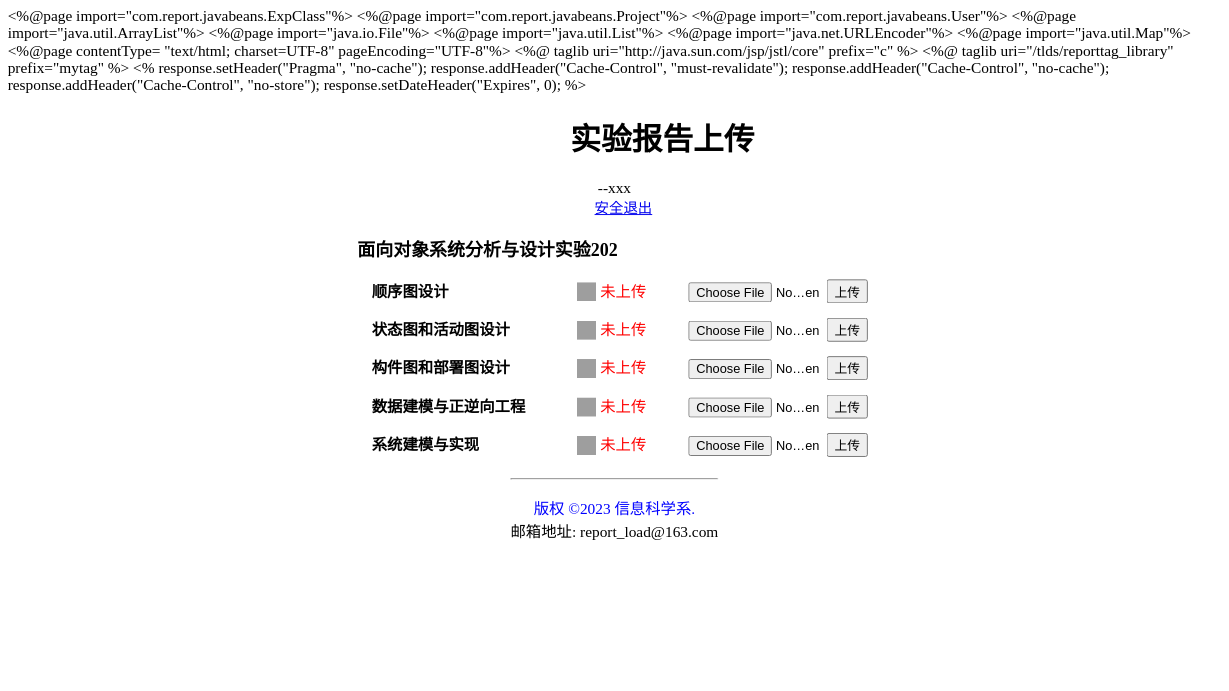
Repository: IAmJiangWenHao/ReportServer
Page: web/demo.html
An editor plug-in stored every save of this project. The page is shown before and after the next save, followed by the edit.
The browser window is 1280 px wide. The pictures show the whole page, at 96% of full size.
Pictures or frames that could not be fetched are drawn as grey boxes.

Above is the page before, as saved 2023-05-19 18:40:35.
Console error: SyntaxError: Invalid or unexpected token

### web/demo.html
<%@page import="com.report.javabeans.ExpClass"%>
<%@page import="com.report.javabeans.Project"%>
<%@page import="com.report.javabeans.User"%>
<%@page import="java.util.ArrayList"%>
<%@page import="java.io.File"%>
<%@page import="java.util.List"%>
<%@page import="java.net.URLEncoder"%>
<%@page import="java.util.Map"%>
<%@page contentType= "text/html; charset=UTF-8" pageEncoding="UTF-8"%>

<%@ taglib uri="http://java.sun.com/jsp/jstl/core" prefix="c" %>
<%@ taglib uri="/tlds/reporttag_library" prefix="mytag" %>
<!--script type="text/javascript" src="${pageContext.request.contextPath}/script/scriptV1.js?v=1.0"></script-->
<!DOCTYPE html>
<html>
  <%
    response.setHeader("Pragma", "no-cache");
    response.addHeader("Cache-Control", "must-revalidate");
    response.addHeader("Cache-Control", "no-cache");
    response.addHeader("Cache-Control", "no-store");
    response.setDateHeader("Expires", 0);
  %>
  <head>
    <meta http-equiv="Content-Type" content="text/html; charset=UTF-8">
    <title >实验上传系统 </title>
  </head>
  <body>
    <div style="display: flex; flex-direction:column;align-items: center;">
      <h1 style="padding-left:100px;display:inline-block"><font color="black">实验报告上传</font></h1>
      <div style="display:inline-block">--xxx</div>
      <div style="display:inline-block">
        <font style="font-size:15px;color:red">&nbsp;&nbsp;&nbsp;&nbsp;
        <a href="exit.jsp">安全退出</a></font></div>
      <!-- 课程 -->

        <div id="course1">
          <h3 style="display:inline-block"><div id="">面向对象系统分析与设计实验202</div> </h3>
          <!-- 实验项目 -->

            <div id="project11">
              <b><div id="prj" style="height:40px;width:200px;display:inline-block;padding-left:15px">顺序图设计</div></b>
              <div style="display:inline-block;padding-left:10px" id="prj11">
                <div id="result" style="width:100px;display:inline-block;">

                    <img style="vertical-align:bottom" height="20px;" width="20px" src="img/undone.jpg">
                    <font color="#FF0000">未上传&nbsp;</font>

                </div>
                &nbsp;&nbsp;
                <input type="file" id="file11" style="width:140px;" onchange="fileChange(this);">
                <input type="button" id="btn11" value="上传" onclick="upload(this.id)">
                <div id="progress" class="progress" style="display:inline-block;">
                  <div style="text-align:center" id="step" class="step"> </div>
                </div>
              </div>
            </div>

            <div id="project12">
              <b><div id="prj" style="height:40px;width:200px;display:inline-block;padding-left:15px">状态图和活动图设计</div></b>
              <div style="display:inline-block;padding-left:10px" id="prj12">
                <div id="result" style="width:100px;display:inline-block;">

                    <img style="vertical-align:bottom" height="20px;" width="20px" src="img/undone.jpg">
                    <font color="#FF0000">未上传&nbsp;</font>

                </div>
                &nbsp;&nbsp;
                <input type="file" id="file12" style="width:140px;" onchange="fileChange(this);">
                <input type="button" id="btn12" value="上传" onclick="upload(this.id)">
                <div id="progress" class="progress" style="display:inline-block;">
                  <div style="text-align:center" id="step" class="step"> </div>
                </div>
              </div>
            </div>

            <div id="project13">
              <b><div id="prj" style="height:40px;width:200px;display:inline-block;padding-left:15px">构件图和部署图设计</div></b>
              <div style="display:inline-block;padding-left:10px" id="prj13">
                <div id="result" style="width:100px;display:inline-block;">

                    <img style="vertical-align:bottom" height="20px;" width="20px" src="img/undone.jpg">
                    <font color="#FF0000">未上传&nbsp;</font>

                </div>
                &nbsp;&nbsp;
                <input type="file" id="file13" style="width:140px;" onchange="fileChange(this);">
                <input type="button" id="btn13" value="上传" onclick="upload(this.id)">
                <div id="progress" class="progress" style="display:inline-block;">
                  <div style="text-align:center" id="step" class="step"> </div>
                </div>
              </div>
            </div>

            <div id="project14">
              <b><div id="prj" style="height:40px;width:200px;display:inline-block;padding-left:15px">数据建模与正逆向工程</div></b>
              <div style="display:inline-block;padding-left:10px" id="prj14">
                <div id="result" style="width:100px;display:inline-block;">

                    <img style="vertical-align:bottom" height="20px;" width="20px" src="img/undone.jpg">
                    <font color="#FF0000">未上传&nbsp;</font>

                </div>
                &nbsp;&nbsp;
                <input type="file" id="file14" style="width:140px;" onchange="fileChange(this);">
                <input type="button" id="btn14" value="上传" onclick="upload(this.id)">
                <div id="progress" class="progress" style="display:inline-block;">
                  <div style="text-align:center" id="step" class="step"> </div>
                </div>
              </div>
            </div>

            <div id="project15">
              <b><div id="prj" style="height:40px;width:200px;display:inline-block;padding-left:15px">系统建模与实现</div></b>
              <div style="display:inline-block;padding-left:10px" id="prj15">
                <div id="result" style="width:100px;display:inline-block;">

                    <img style="vertical-align:bottom" height="20px;" width="20px" src="img/undone.jpg">
                    <font color="#FF0000">未上传&nbsp;</font>

                </div>
                &nbsp;&nbsp;
                <input type="file" id="file15" style="width:140px;" onchange="fileChange(this);">
                <input type="button" id="btn15" value="上传" onclick="upload(this.id)">
                <div id="progress" class="progress" style="display:inline-block;">
                  <div style="text-align:center" id="step" class="step"> </div>
                </div>
              </div>
            </div>

        </div>

      <div>
        <hr><p align="center"><font color="blue">
    版权 ©2023  信息科学系.</font>
<br>邮箱地址: report_load@163.com

      </p></div>
    </div>

      <script>
var isIE = /msie/i.test(navigator.userAgent) && !window.opera;
function fileChange(target) {
  var fileSize = 0;
  var filetypes = [".pdf"];
  var filepath = target.value;
  var filemaxsize = 1024 * 8;//8M
  if (filepath) {
    var isnext = false;
    var fileend = filepath.substring(filepath.lastIndexOf("."));
    if (filetypes && filetypes.length > 0) {
      for (var i = 0; i < filetypes.length; i++) {
        if (filetypes[i] === fileend) {
          isnext = true;
          break;
        }
      }
    }
    if (!isnext) {
      alert("不接受此文件类型！");
      target.value = "";
      return false;
    }
  } else {
    return false;
  }
  if (isIE && !target.files) {
    var filePath = target.value;
    var fileSystem = new ActiveXObject("Scripting.FileSystemObject");
    if (!fileSystem.FileExists(filePath)) {
      alert("附件不存在，请重新输入！");
      return false;
    }
    var file = fileSystem.GetFile(filePath);
    fileSize = file.Size;
  } else {
    fileSize = target.files[0].size;
  }
  var size = fileSize / 1024;
  if (size > filemaxsize) {
    alert("附件大小不能大于" + filemaxsize / 1024 + "M！");
    target.value = "";
    return false;
  }
  if (size <= 0) {
    alert("附件大小不能为0M！");
    target.value = "";
    return false;
  }
}
function Check()
{
  for (var i = 0; i < document.form1.elements.length - 1; i++)
  {
    if (document.form1.elements[i].value === "")
    {
      alert("不可空！");
      document.form1.elements[i].focus();
      return false;
    }
  }
  return true;
}

function getAppPath() {
  //获取当前URL
  var curURL = window.document.location.href;
  //获取主机地址之后的路径部分（就是文件地址）
  var pathName = window.document.location.pathname;
  var pos = curURL.indexOf(pathName);
  //获取应用地址
  var host = curURL.substring(0, pos);
  //获取带"/"的应用名，如：/***
  var webAppName = pathName.substring(0, pathName.substr(1).indexOf('/') + 1);
  return host + webAppName;
}

function getFile(id) {
  var prj = id.parentElement.parentElement.parentElement;
  var courseID = prj.parentElement.getElementsByTagName("div")[0].innerHTML.toString();
  var projectID = prj.getElementsByTagName("div")[0].innerHTML.toString();
  const durl = getAppPath() + "/browsePDFV1.do?projectID=" + encodeURIComponent(projectID) + "&&courseID=" + encodeURIComponent(courseID);
  //browsePDF.do 后端传送实验报告
  window.open(durl);
}
function openPostWindow(id){
     var prj = id.parentElement.parentElement.parentElement;
     var data=new Array;
     var key=new Array;
     key[0]="courseID";
     key[1]="projectID";
  data[0]= prj.parentElement.getElementsByTagName("div")[0].innerHTML.toString();
  data[1]= prj.getElementsByTagName("div")[0].innerHTML.toString();

    //创建form表单，以下是form表单的各种参数
    let tempForm = document.createElement("form");
    tempForm.id = "tempForm";
    tempForm.method = "post";
    tempForm.action = getAppPath() + "/browsePDFV1.do";
    //tempForm.target = 'blank';
    tempForm.download = ""
    //创建标签 <input></input> 标签 然后设定属性，最后追加为 form标签的子标签
    for (let i in data) {
       alert(key[i],data[i])
        let hideInput = document.createElement("input")
        hideInput.type = "hidden"
        hideInput.name =key[i]
        hideInput.value = data[i]
        tempForm.appendChild(hideInput)
    }
    if (document.all) {
      tempForm.attachEvent("onsubmit", function () {
      });        //IE
    } else {
      let subObj = tempForm.addEventListener("submit", function () {
      }, false);    //firefox
    }
    document.body.appendChild(tempForm);
    if (document.all) {
      tempForm.fireEvent("onsubmit");
    } else {
      tempForm.dispatchEvent(new Event("submit"));
    }
    tempForm.submit();//提交POST请求
    document.body.removeChild(tempForm);//删除整个form标签

  };



function upload(id) {
  var s;
  s = document.getElementById(id).parentElement.id;
  var prj = document.getElementById(s).parentElement;
  const courseID = prj.parentElement.getElementsByTagName("div")[0].innerHTML.toString();
  const projectID = prj.getElementsByTagName("div")[0].innerHTML.toString();
  //alert(courseID);
  //alert(projectID);
  //return;
  //var course = prj.parentElement.getElementsByTagName("div")[0].innerHTML;
  const fileid = document.getElementById(s).getElementsByTagName("input")[0];
  var uploadFile;
  const result = document.getElementById(s).getElementsByTagName("div")[0];
  const btn = document.getElementById(s).getElementsByTagName("input")[1];
  const step = document.getElementById(s).getElementsByTagName("div")[2];
  if (fileid.value === "")
  {
    alert("文件不可空！");
    fileid.focus();
    return false;
  }
  var files = fileid.files;
  if (files.length === 0) {
    return;
  }
  uploadFile = files[0];
  var formData = new FormData();
  formData.append("projectId", projectId);//项目名
  formData.append("courseId", courseId);//课程名
  formData.append("file", uploadFile); // 后端通过 'file' 获取
  //1.创建请求对象
  const xhr = new XMLHttpRequest();
  //2.设置请求行(get请求数据写在url后面)
  xhr.open("post", "/WebApp_report/uploadCourseServlet");//!!!!!!!!!!!!!!!!!!!!!!!!!!!!!!!!!!!!!!!
  //upload.do 后端处理上传文件
  //3.设置请求头(get请求可以省略,post不发送数据也可以省略)
  // 如果使用 formData可以不写 请求头 写了 无法正常上传文件
  //  xhr.setRequestHeader("Content-type","application/x-www-form-urlencoded");
  // XHR2.0新增 上传进度监控
  xhr.upload.onprogress = function (event) {
    var percent = event.loaded / event.total * 100 + '%';
    //console.log(percent);
    // 设置进度条内部step的 宽度
    step.style.width = percent;
    //console.log(step.id);
  };
  //4.请求主体发送(get请求为空，或者写null，post请求数据写在这里，如果没有数据，直接为空或者写null)
  xhr.send(formData);
  //注册回调函数
  xhr.onload = function () {
    console.log(xhr.responseText);
    if (xhr.readyState === 4) {
      //判断响应码 2XX 表示成功
      if (xhr.status >= 200 && xhr.status <= 300) {
        //处理结果
        // console.log("test Post");//状态码
        //设置 result 显示的文本内容
        fileid.value = "";
        if (xhr.response.toString() === "文件上传成功！") {
          var fileName = "${user.username}-${user.fullname}-";
          fileName += prj.getElementsByTagName("div")[0].innerHTML.toString();
          result.innerHTML = "<a href='#'id='" + new Date().getTime() + "' onclick='getFile(this)'>" + "<img style='vertical-align: middle;' height='20px;' width='20px' src='img/check.jpg'/>检查上传</a>";
          step.innerHTML = "100%";
        } else
          step.innerHTML =xhr.response.toString();
      }
    }
  };
}
/*
function reload() {
  //1.创建请求对象
  const xhr = new XMLHttpRequest();
  //2.设置请求
  xhr.open("post", "/WebApp_report/LoadData.do");
  //3.发送请求
  xhr.send();
  //注册回调函数
  xhr.onload = function () {
    console.log(xhr.responseText);
    if (xhr.readyState === 4) {
      //判断响应码 2XX 表示成功
      if (xhr.status >= 200 && xhr.status <= 300) {
        //处理结果
        if (xhr.response.toString() === "courseData数据更新！") {
          console.log("courseData已更新");
        }
      }
    }
  };
}
</script>
</body>
</html>

After the next save:
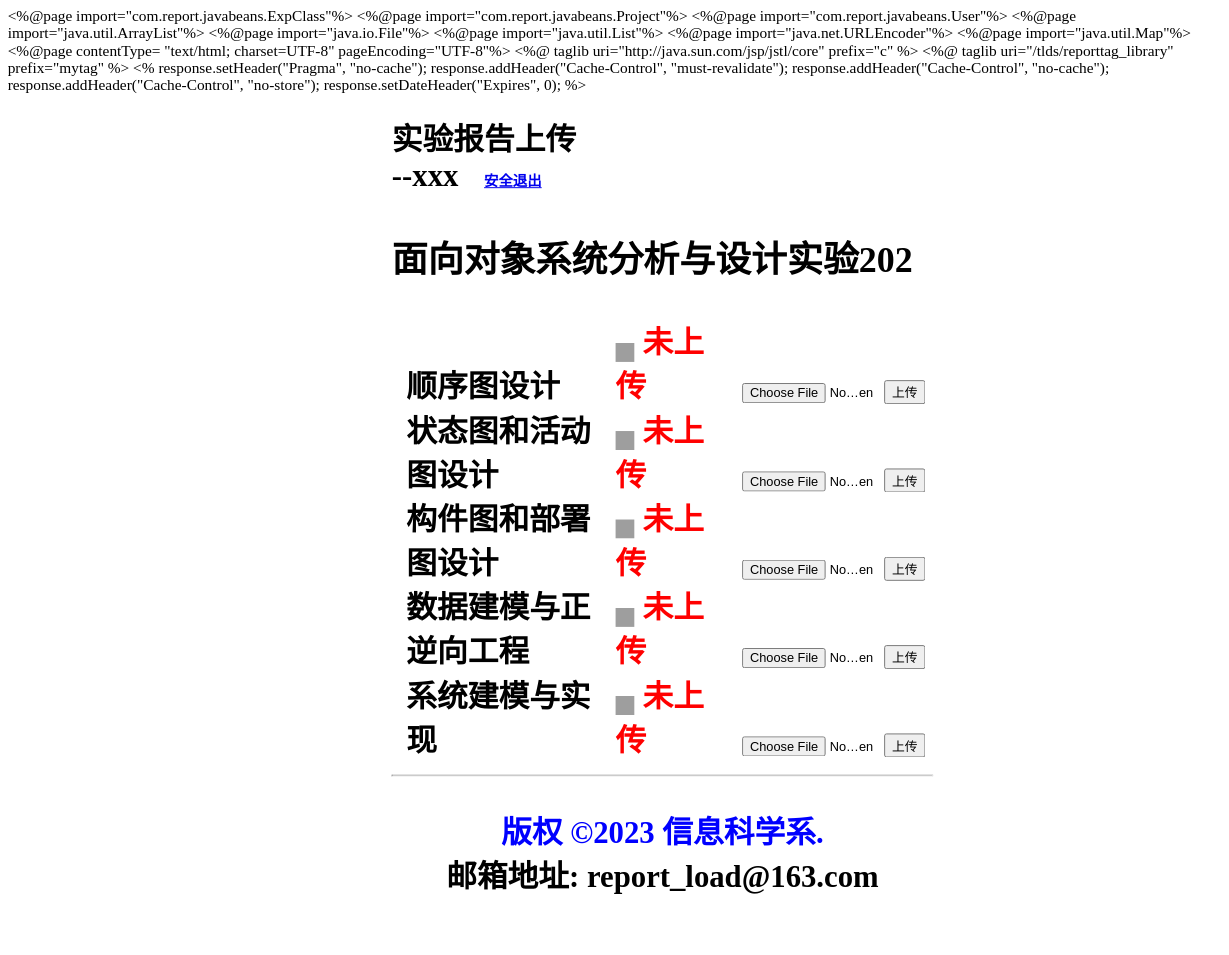
Saved 12 s later.
--- a/web/demo.html
+++ b/web/demo.html
@@ -26,7 +26,7 @@
   </head>
   <body>
     <div style="display: flex; flex-direction:column;align-items: center;">
-      <h1 style="padding-left:100px;display:inline-block"><font color="black">实验报告上传</font></h1>
+      <h1 style="padding-left:100px;display:inline-block"><div color="black">实验报告上传</div>
       <div style="display:inline-block">--xxx</div>
       <div style="display:inline-block">
         <font style="font-size:15px;color:red">&nbsp;&nbsp;&nbsp;&nbsp;
